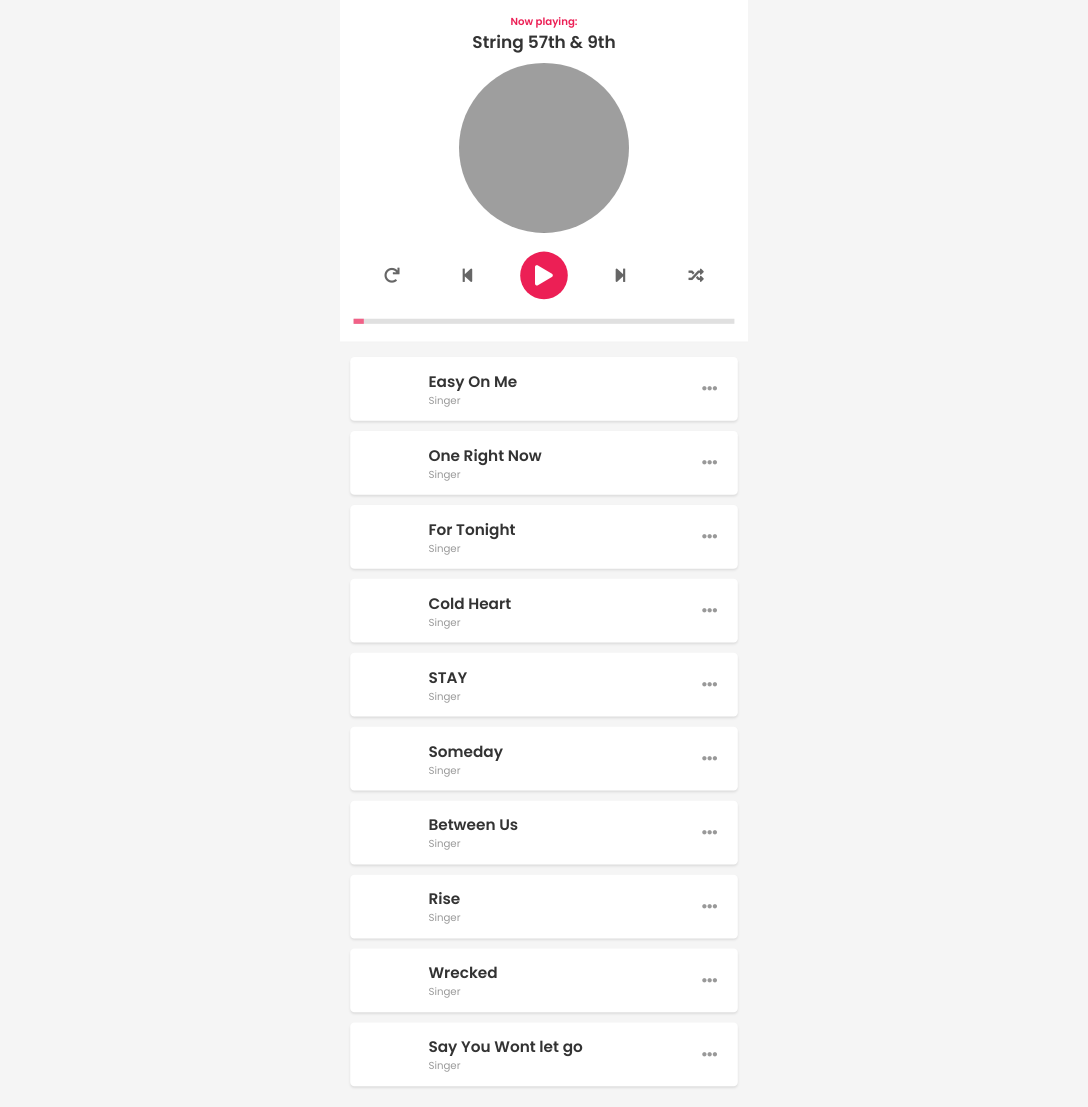
Repository: maivannhan1998/MusicPlayer.github.io
Page: index.html
The author's editor kept a copy of each file at every save. The page is drawn from the files as they stood at one save, then again after the next save.
The browser window is 1280 px wide. The pictures show the whole page, at 85% of full size.
Pictures or frames that could not be fetched are drawn as grey boxes.

Above is the page before, as saved 2021-11-09 00:30:27.

After the next save:
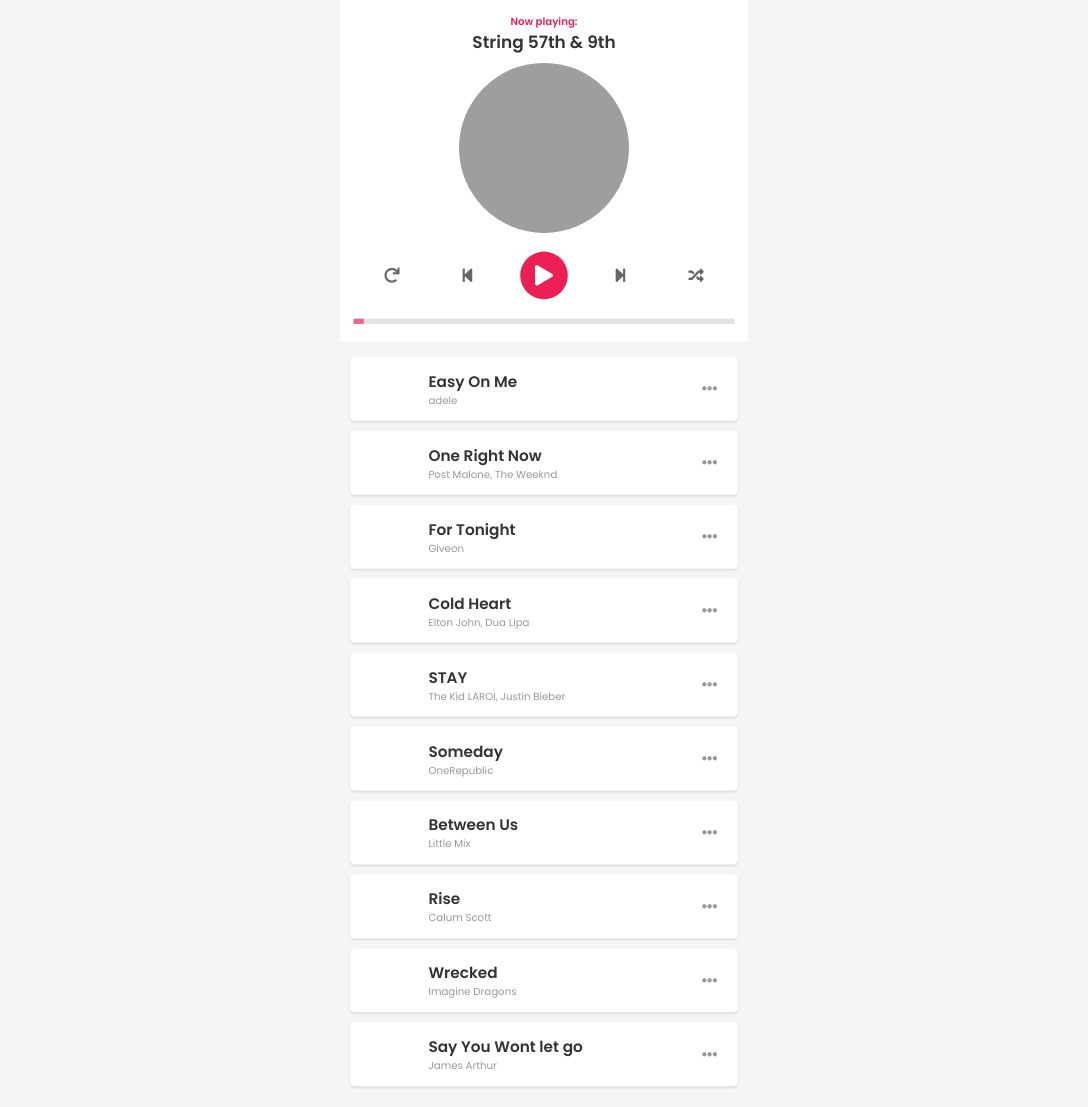
Saved 19 s later.
--- a/index.html
+++ b/index.html
@@ -124,7 +124,7 @@
                             </div>
                             <div class="body">
                                 <h3 class="title">${song.name}</h3>
-                                <p class="author">Singer</p>
+                                <p class="author">${song.singer}</p>
                             </div>
                             <div class="option">
                                 <i class="fas fa-ellipsis-h"></i>
